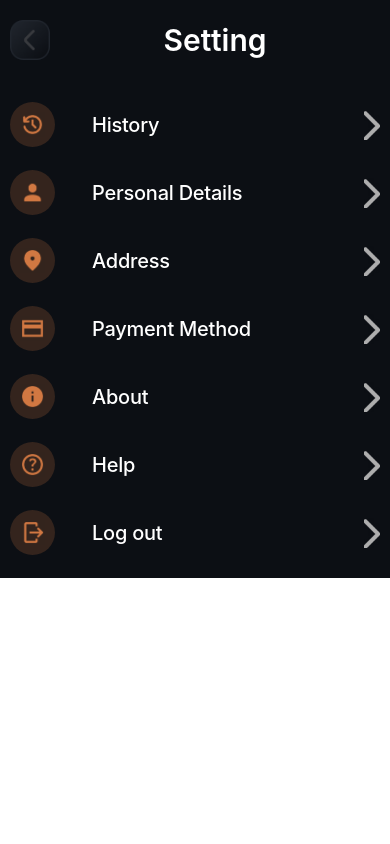
Repository: nguoilaisaochoi/App-coffe
Screen: /
An editor plug-in stored every save of this project. The screen is shown before and after a run of saves, followed by the edit.
The app was drawn by React Native's web renderer in a window 390 px wide. The project was rebuilt for these pictures with package versions that can differ from the ones it lists, and the page was loaded fresh each time.

Above is the screen before, as saved 2024-01-13 09:10:30.

### App.tsx
import { View, Text } from 'react-native'
import React from 'react'
import Login from './src/Login'
import Register from './src/Register'
import Setting from './src/Setting'
const App = () => {
  return (
    <View>
      <Setting/>
    </View>
  )
}

export default App

### src/Setting.js
import {View, Text, StyleSheet, Image} from 'react-native';
import React from 'react';

const Setting = () => {
  return (
    <View style={mystyle.body}>
      <View style={mystyle.task}>
        <Image
          style={mystyle.arrowleft}
          source={require('../assets/img/arrowleft.png')}
        />
        <Text style={mystyle.textsetting}>Setting</Text>
      </View>

      <View style={mystyle.setting}>
        <View style={mystyle.bgicon}>
          <Image
            style={mystyle.icon}
            source={require('../assets/img/clock.png')}
          />
        </View>
        <Text style={mystyle.text}>History</Text>
        <Image
          style={mystyle.arrowright}
          source={require('../assets/img/Arrow_right.jpg')}
        />
      </View>

      <View style={mystyle.setting}>
        <View style={mystyle.bgicon}>
          <Image
            style={mystyle.icon}
            source={require('../assets/img/mdi_account.png')}
          />
        </View>
        <Text style={mystyle.text}>Personal Details</Text>
        <Image
          style={mystyle.arrowright}
          source={require('../assets/img/Arrow_right.jpg')}
        />
      </View>
      <View style={mystyle.setting}>
        <View style={mystyle.bgicon}>
          <Image
            style={mystyle.icon}
            source={require('../assets/img/material-symbols_location-on.png')}
          />
        </View>
        <Text style={mystyle.text}>Address</Text>
        <Image
          style={mystyle.arrowright}
          source={require('../assets/img/Arrow_right.jpg')}
        />
      </View>
      <View style={mystyle.setting}>
        <View style={mystyle.bgicon}>
          <Image
            style={mystyle.icon}
            source={require('../assets/img/ic_sharp-payment.png')}
          />
        </View>
        <Text style={mystyle.text}>Payment Method</Text>
        <Image
          style={mystyle.arrowright}
          source={require('../assets/img/Arrow_right.jpg')}
        />
      </View>

      <View style={mystyle.setting}>
        <View style={mystyle.bgicon}>
          <Image
            style={mystyle.icon}
            source={require('../assets/img/mdi_about.png')}
          />
        </View>
        <Text style={mystyle.text}>About</Text>
        <Image
          style={mystyle.arrowright}
          source={require('../assets/img/Arrow_right.jpg')}
        />
      </View>

      <View style={mystyle.setting}>
        <View style={mystyle.bgicon}>
          <Image
            style={mystyle.icon}
            source={require('../assets/img/material-symbols_help-outline-rounded.png')}
          />
        </View>
        <Text style={mystyle.text}>Help</Text>
        <Image
          style={mystyle.arrowright}
          source={require('../assets/img/Arrow_right.jpg')}
        />
      </View>

      <View style={mystyle.setting}>
        <View style={mystyle.bgicon}>
          <Image
            style={mystyle.icon}
            source={require('../assets/img/ic_twotone-log-out.png')}
          />
        </View>
        <Text style={mystyle.text}>Log out</Text>
        <Image
          style={mystyle.arrowright}
          source={require('../assets/img/Arrow_right.jpg')}
        />
      </View>
    </View>
  );
};

export default Setting;
const mystyle = StyleSheet.create({
  body: {
    width: '100%',
    height: '100%',
    padding: 10,
    backgroundColor: '#0C0F14',
  },
  task: {
    marginTop:10,
    width: '100%',
    display: 'flex',
    flexDirection: 'row',
    alignItems:'center',
    marginBottom:32,
  },
  arrowleft: {
    width: 40,
    height: 40,
  },
  textsetting: {
    color: 'white',
    marginLeft: 'auto',
    marginRight: 'auto',
    fontSize: 30,
    fontStyle: 'normal',
    fontWeight: '600',
    lineHeight: 36,
  },
  setting: {
    display: 'flex',
    flexDirection: 'row',
    alignItems: 'center',
    marginTop:10,
    marginBottom:13,
  },
  text: {
    color: 'white',
    fontSize:20,
    marginLeft: '10%',
    fontWeight: '500',
    letterSpacing: -0.24,
  },
  bgicon: {
    display: 'flex',
    justifyContent: 'center',
    alignItems: 'center',
    width: 45,
    height: 45,
    borderRadius: 50,
    backgroundColor: 'rgba(209, 120, 66, 0.20)',
  },
  icon: {
    width: 25,
    height: 25,
  },
  arrowright: {
    width: 16,
    height: 30,
    marginLeft: 'auto',
  },
});

After the next 4 saves:
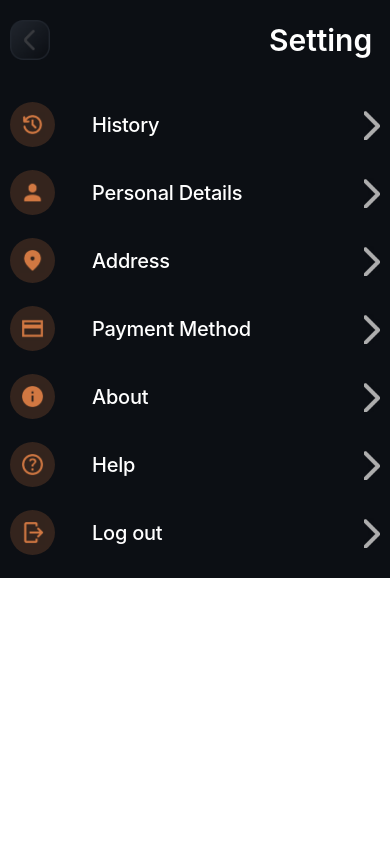
The 4 saves are shown as one change because 2 did not build or start and some came seconds apart.
The last was saved 111 s later.
--- a/src/Setting.js
+++ b/src/Setting.js
@@ -1,5 +1,7 @@
 import {View, Text, StyleSheet, Image} from 'react-native';
 import React from 'react';
+import {Dimensions} from 'react-native';
+const windowWidth = Dimensions.get('window').width;
 
 const Setting = () => {
   return (
@@ -134,7 +136,7 @@
   textsetting: {
     color: 'white',
     marginLeft: 'auto',
-    marginRight: 'auto',
+    marginRight:  windowWidth * 0.02,
     fontSize: 30,
     fontStyle: 'normal',
     fontWeight: '600',

After the 6 saves that followed:
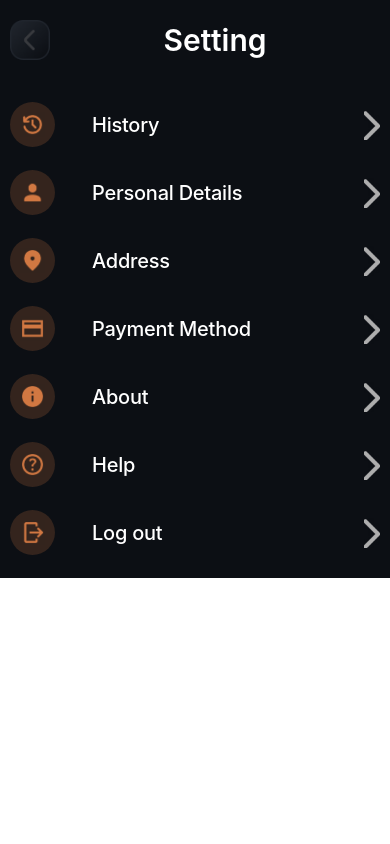
The 6 saves are shown as one change because 1 did not build or start and some came seconds apart.
The last was saved 32 s later.
--- a/src/Setting.js
+++ b/src/Setting.js
@@ -1,7 +1,7 @@
 import {View, Text, StyleSheet, Image} from 'react-native';
-import React from 'react';
+
 import {Dimensions} from 'react-native';
-const windowWidth = Dimensions.get('window').width;
+
 
 const Setting = () => {
   return (
@@ -136,7 +136,7 @@
   textsetting: {
     color: 'white',
     marginLeft: 'auto',
-    marginRight:  windowWidth * 0.02,
+    marginRight:  'auto',
     fontSize: 30,
     fontStyle: 'normal',
     fontWeight: '600',
